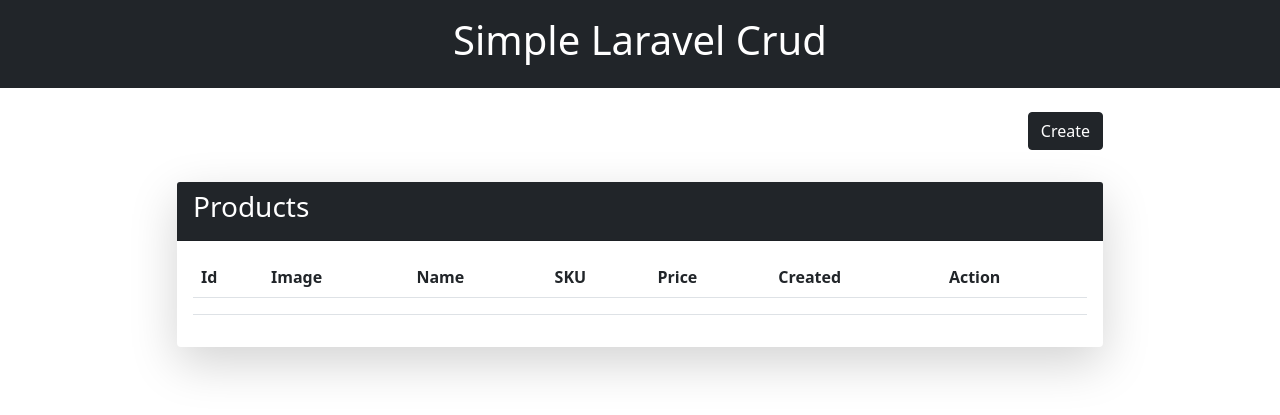
Repository: Muskan1Kumari4draw/Crud-in-Laravel
Page: http://localhost/products
These files come from the project's save history. The page is drawn as it stood at one moment and after the next save; the edit follows.
The browser window is 1280 px wide. The pictures show the whole page.
The page is served by the project's Laravel application, run on PHP 8.4 with Laravel 12. Other server files are loaded and not shown. Queries for data that is not in the repository find no rows.

Above is the page before, as saved 2024-09-14 12:06:16.

### routes/web.php
<?php

use Illuminate\Support\Facades\Route;
use App\Http\Controllers\ProductController;

Route::get('/products', [ProductController::class, 'index'])->name('products.index');
Route::get('/products/create', [ProductController::class, 'create'])->name('products.create');
Route::post('/products', [ProductController::class, 'store'])->name('products.store');

### app/Http/Controllers/ProductController.php
<?php

namespace App\Http\Controllers;

use App\Models\Product;
use Illuminate\Http\Request;
use Illuminate\Support\Facades\Validator;

class ProductController extends Controller
{
    public function index()
    {
        $products = Product::orderBy('created_at', 'DESC')->get();
        return view('products.list',[
    'products' => $products]);
    }

    public function create()
    {
        return view('products.create');
    }

    public function store(Request $request)
    {
        $rules = [
            'name' => 'required|min:5',
            'sku' => 'required|min:3',
            'price' => 'required|numeric|min:1',
            // 'image' => 'required|image|mimes:jpg,jpeg,png|max:2048'
        ];
        //   Method 2
        if ($request->image != "") {
            $rules['image'] = 'image';
        }
        $validator = Validator::make($request->all(), $rules);

        if ($validator->fails()) {
            return redirect()->route('products.create')
                ->withErrors($validator)
                ->withInput();
        }

        // Databse
        $product = new Product();
        $product->name = $request->name;
        $product->sku = $request->sku;
        $product->price = $request->price;
        $product->description = $request->description;
        $product->save();
        if ($request->hasFile('image')) {
            $image = $request->file('image');

            $ext = $image->getClientOriginalExtension();
            $imageName = time() . '.' . $ext;

            // Correct the path by adding a slash between the folder and image name
            $image->move(public_path('uploads/products'), $imageName);

            // Save the image name in the database
            $product->image = $imageName;
            $product->save();
        }

        // For image

        // Method 1
        // if ($request->hasFile('image')) {
        //     $image = $request->file('image');
        //     $imagePath = $image->store('images', 'public'); // Store the image in 'public/images'
        //     $product->image = $imagePath;
        // }

        // Another method2

        //
        // Method 1
        // if ($product->save()) {
        //     return redirect()->route('products.index')->with('success', 'Product added successfully');
        // } else {
        //     dd('Error saving product'); // Debugging line
        // }


        // Another Way to redirect
        return redirect()->route('products.index')->with('success', ' Product added Successfully');
    }
    public function edit() {}
    public function update() {}
    public function destroy() {}
}

### resources/views/products/list.blade.php
<!doctype html>
<html lang="en">
  <head>
    <meta charset="utf-8">
    <meta name="viewport" content="width=device-width, initial-scale=1">
    <link href="https://cdn.jsdelivr.net/npm/bootstrap@5.0.2/dist/css/bootstrap.min.css" rel="stylesheet">
    <title>Laravel - Crud Operation</title>
  </head>
  <body>
    <div class="bg-dark py-3">
      <h1 class="text-white text-center">Simple Laravel Crud</h1>
    </div>

    <div class="container">
      <div class="row d-flex justify-content-center">
        <div class="col-md-10 d-flex justify-content-end mt-4">
            <a href="{{ route('products.create') }}" class="btn btn-dark">Create</a>
        </div>
        <div class="col-md-10 mt-2">
            @if(Session::has('success'))
            <div class="alert alert-success">
                {{ Session::get('success') }}
            </div>
        @endif

        </div>
        <div class="col-md-10">
          <div class="card border-0 shadow-lg my-4">
            <div class="card-header bg-dark">
              <h3 class="text-white">Products</h3>
            </div>
<div class="card-body">
    <table class="table">
        <tr>
            <th>Id</th>
            <th>Image</th>
            <th>Name</th>
            <th>SKU</th>
            <th>Price</th>
            <th>Created</th>
            <th>Action</th>
        </tr>
        @if($products->IsnotEmpty())

        @endif
        <tr>
            <td></td>
            <td></td>
            <td></td>
            <td></td>
            <td></td>
            <td></td>
            <td></td>
        </tr>
    </table>
</div>
          </div>
        </div>
      </div>
    </div>

    <script src="https://cdn.jsdelivr.net/npm/bootstrap@5.0.2/dist/js/bootstrap.bundle.min.js"></script>
  </body>
</html>

Loaded but not shown: app/Http/Controllers/Controller.php (common file); app/Models/Product.php (common file)

After the next save:
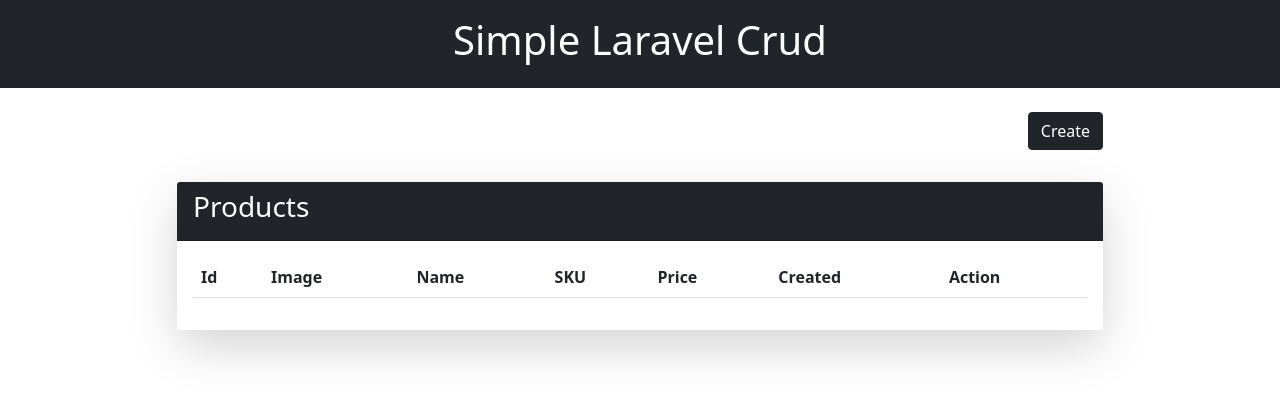
Saved 44 s later.
--- a/resources/views/products/list.blade.php
+++ b/resources/views/products/list.blade.php
@@ -41,8 +41,9 @@
             <th>Action</th>
         </tr>
         @if($products->IsnotEmpty())
+@foreach ($products  as $product )
 
-        @endif
+@endforeach
         <tr>
             <td></td>
             <td></td>
@@ -52,6 +53,7 @@
             <td></td>
             <td></td>
         </tr>
+        @endif
     </table>
 </div>
           </div>
